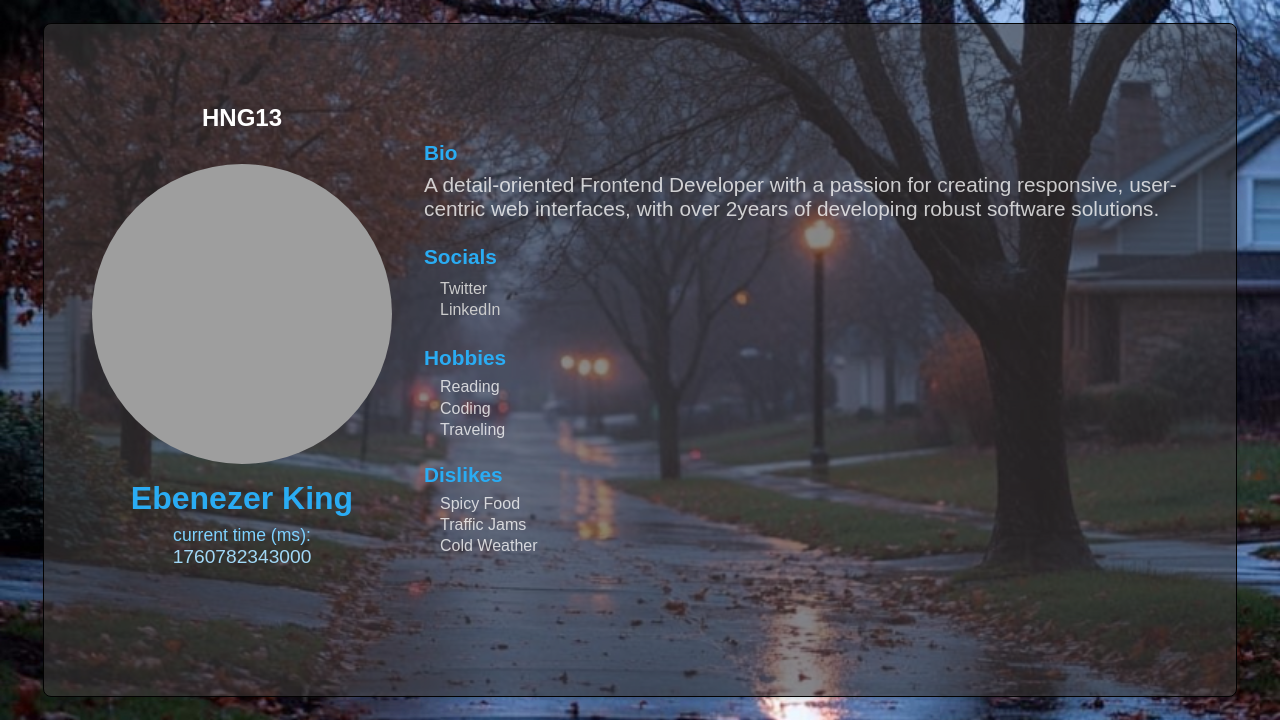
Repository: ebenezertiewei/profileCard
Page: index.html
An editor plug-in stored every save of this project. The page is shown before and after a run of saves, followed by the edit.
The browser window is 1280 px wide. The pictures show the whole page.
Pictures or frames that could not be fetched are drawn as grey boxes.

Above is the page before, as saved 2025-10-18 12:37:23.

After the next 2 saves:
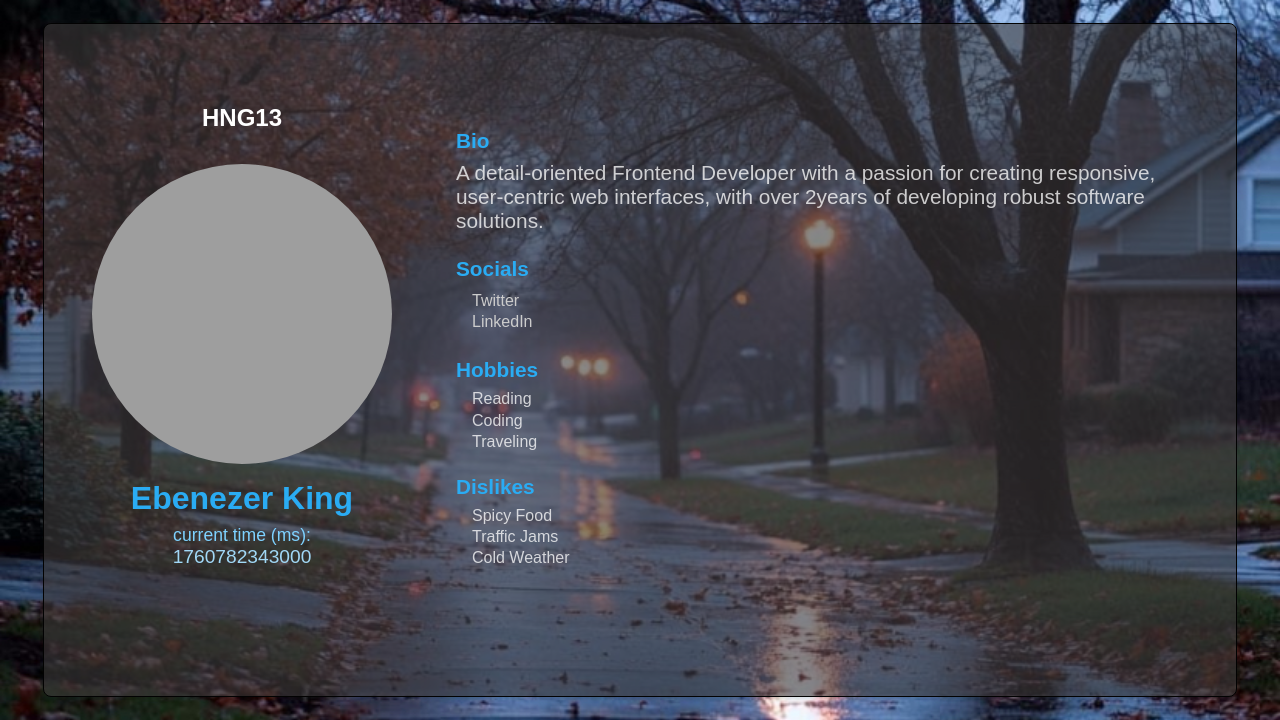
The 2 saves are shown as one change because they came seconds apart.
The last was saved 8 s later.
--- a/style.css
+++ b/style.css
@@ -216,5 +216,6 @@ h1 {
 @media (min-width: 1024px) {
 	article[data-testid="test-profile-card"] {
 		padding: 5rem 3rem;
-	}
-}
+		gap: 4rem;
+	}
+}
